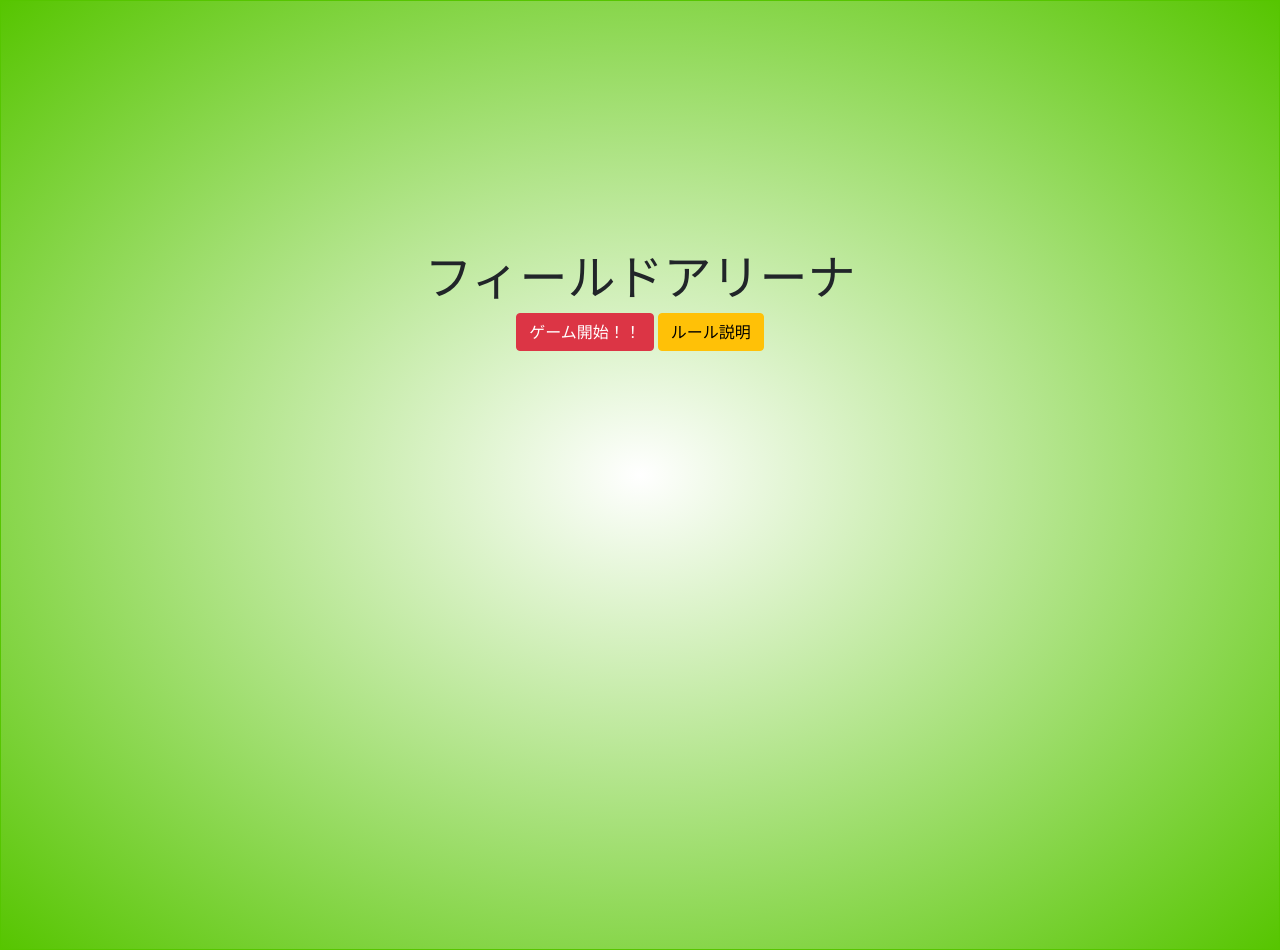
Repository: e1b21074/field_arena
Page: .log/field_arena/src/main/resources/static/index.html
An editor plug-in stored every save of this project. The page is shown before and after a run of saves, followed by the edit.
The browser window is 1280 px wide. The pictures show the whole page.

Above is the page before, as saved 2024-01-09 14:59:16.

After the next 4 saves:
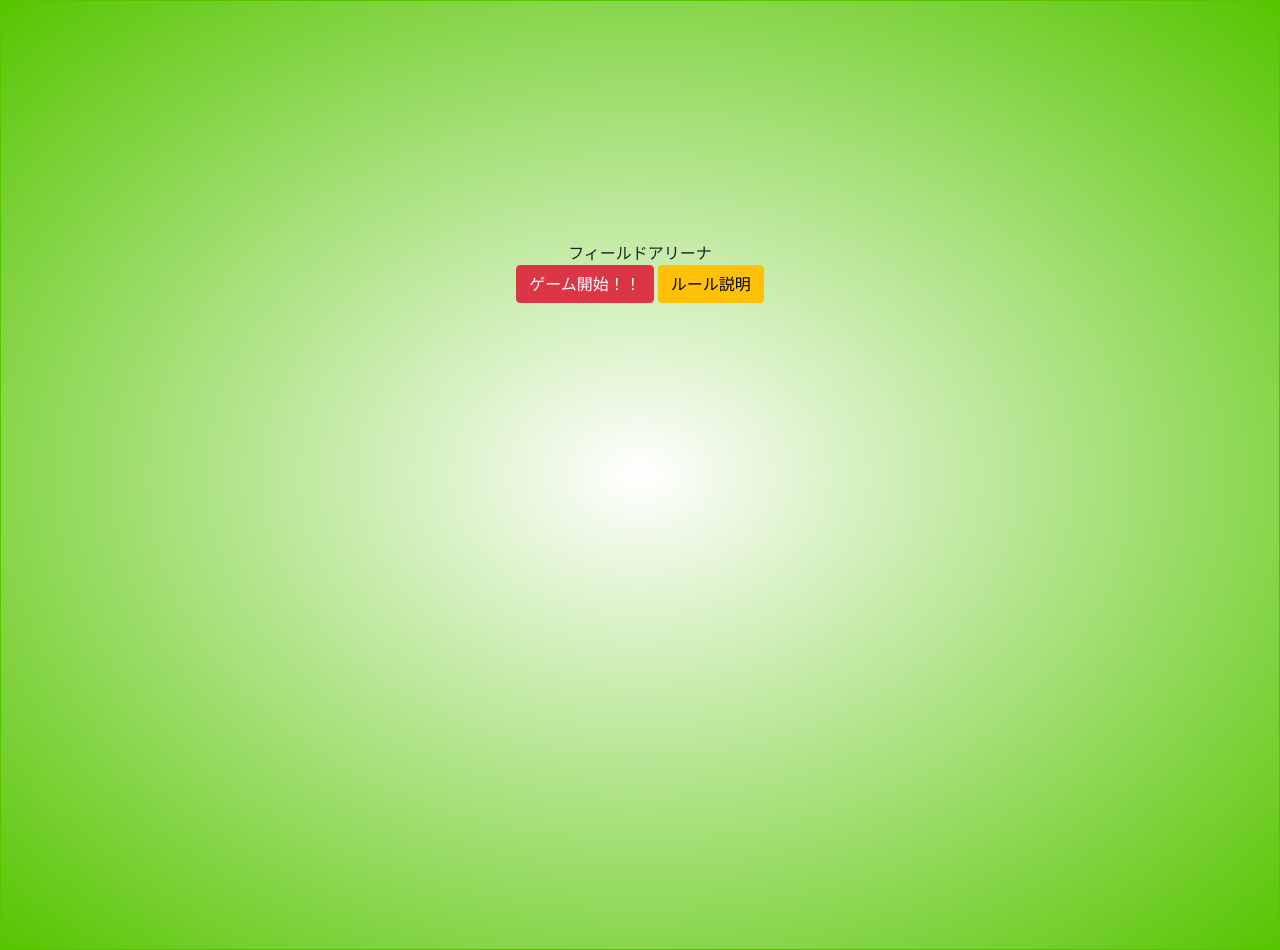
The 4 saves are shown as one change because they came seconds apart.
The last was saved 63 s later.
--- a/.log/field_arena/src/main/resources/static/index.html
+++ b/.log/field_arena/src/main/resources/static/index.html
@@ -23,7 +23,7 @@
   <center>
     <div style="text-align: center;">
       <br><br><br><br><br><br><br><br><br><br>
-      <font size="20">
+      <p font>
       フィールドアリーナ
       </font>
       <br>

After the 2 saves that followed:
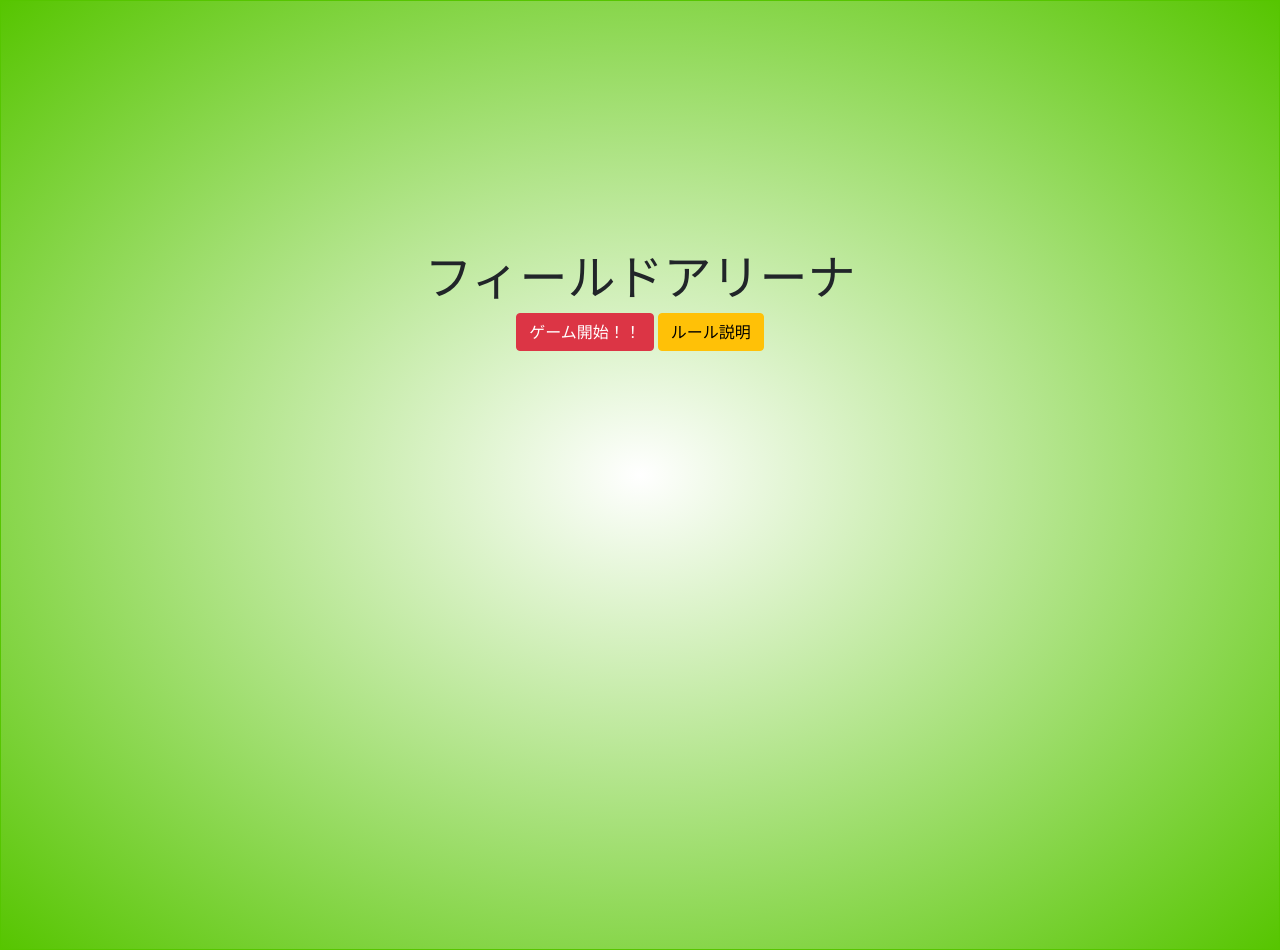
The 2 saves are shown as one change because they came seconds apart.
The last was saved 36 s later.
--- a/.log/field_arena/src/main/resources/static/index.html
+++ b/.log/field_arena/src/main/resources/static/index.html
@@ -23,7 +23,7 @@
   <center>
     <div style="text-align: center;">
       <br><br><br><br><br><br><br><br><br><br>
-      <p font>
+      <font size="20">
       フィールドアリーナ
       </font>
       <br>
